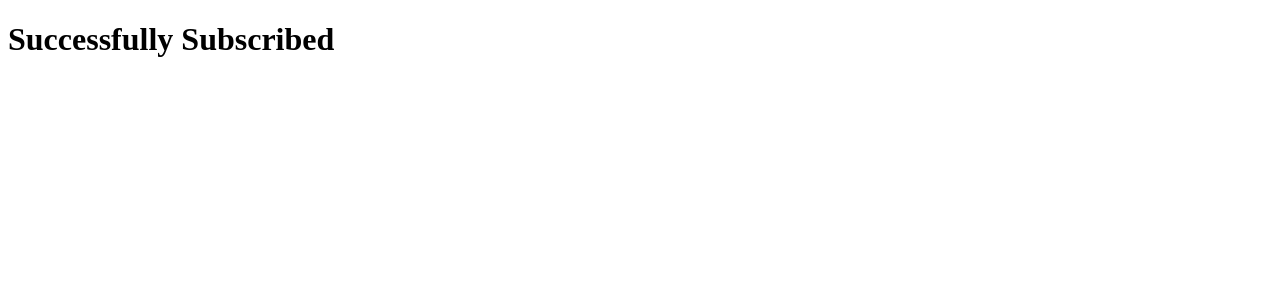
Repository: thecoachanna/newsletter-signup
Page: success.html
The author's editor kept a copy of each file at every save. The page is drawn from the files as they stood at one save, then again after the next save.
The browser window is 1280 px wide. The pictures show the whole page.

Above is the page before, as saved 2023-05-05 09:21:06.

After the next save:
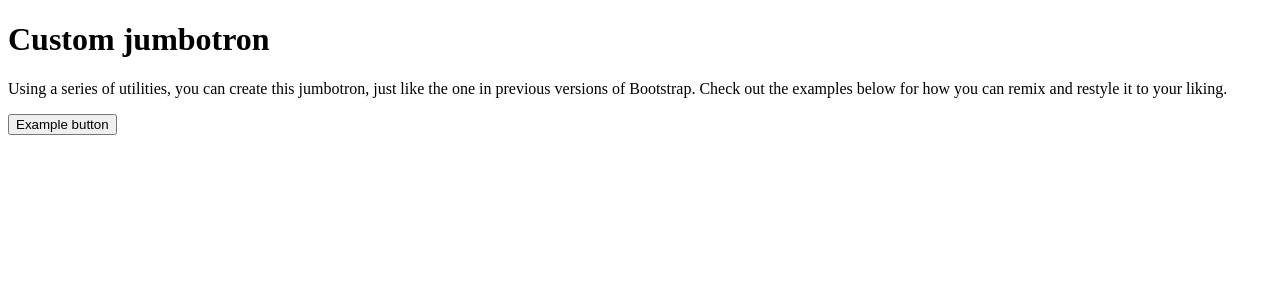
Saved 2 min 6 s later.
--- a/success.html
+++ b/success.html
@@ -7,6 +7,12 @@
     <title>Document</title>
 </head>
 <body>
-    <h1>Successfully Subscribed</h1>
+    <div class="p-5 mb-4 bg-body-tertiary rounded-3">
+        <div class="container-fluid py-5">
+          <h1 class="display-5 fw-bold">Custom jumbotron</h1>
+          <p class="col-md-8 fs-4">Using a series of utilities, you can create this jumbotron, just like the one in previous versions of Bootstrap. Check out the examples below for how you can remix and restyle it to your liking.</p>
+          <button class="btn btn-primary btn-lg" type="button">Example button</button>
+        </div>
+      </div>
 </body>
 </html>
